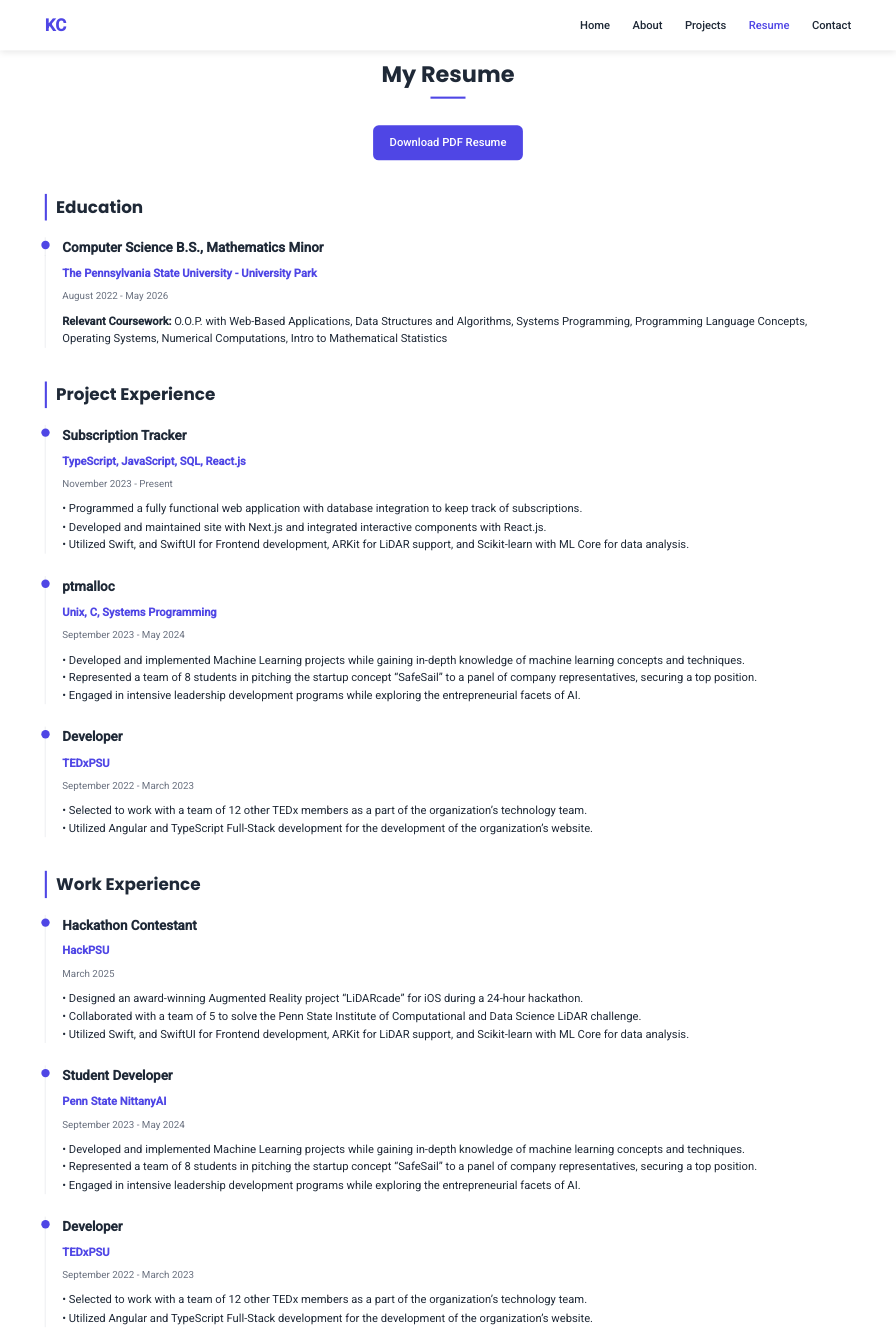
Repository: itskevbo/E-Portfolio
Page: pages/resume.html
The author's editor kept a copy of each file at every save. The page is drawn from the files as they stood at one save, then again after the next save.
The browser window is 1280 px wide. The pictures show the part of the page from y = 0 to 1920 px (the page is 3057 px tall), at 70% of full size.

Above is the page before, as saved 2025-04-28 17:04:32.
Console error: ReferenceError: ScrollReveal is not defined

After the next save:
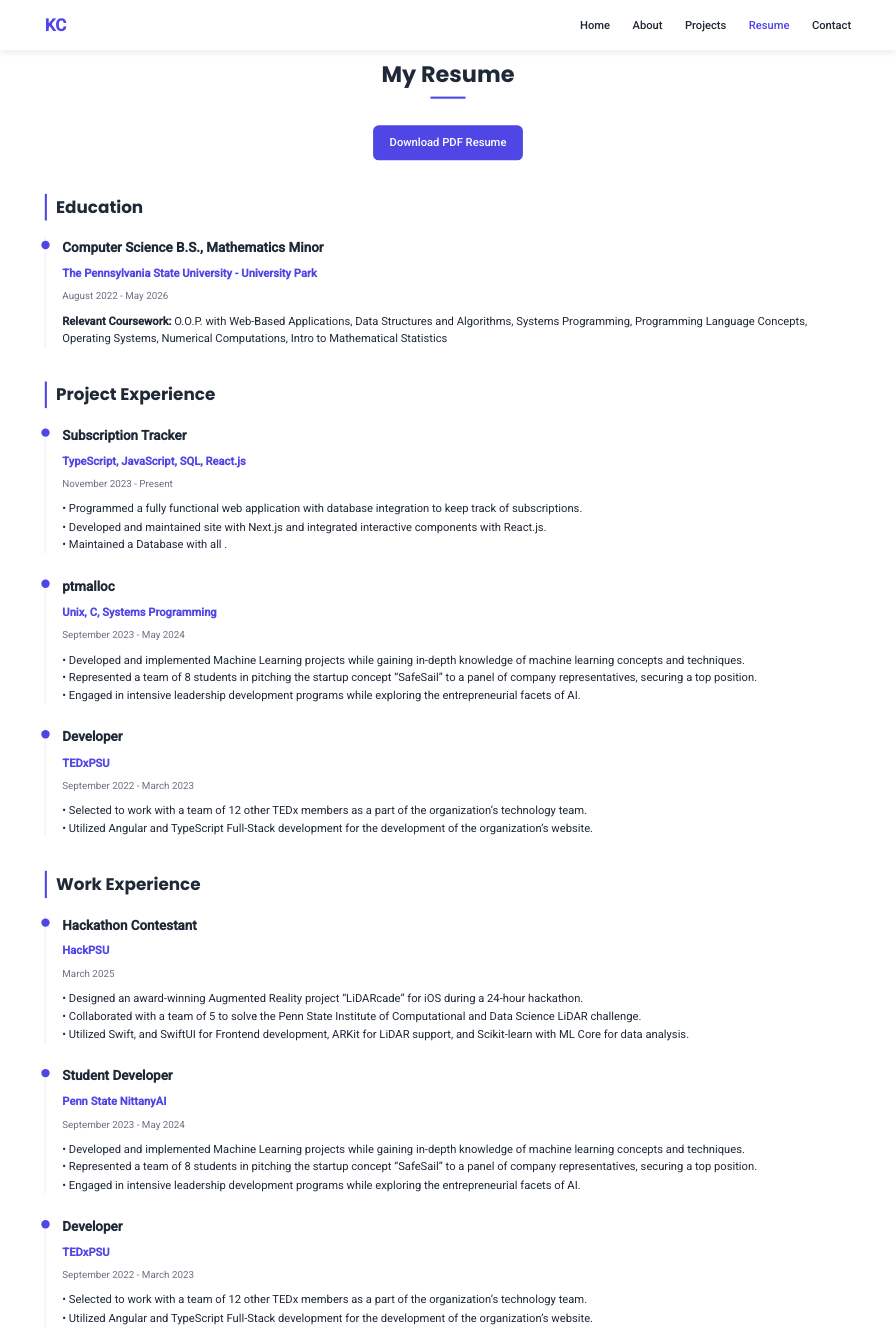
Saved 36 s later.
--- a/pages/resume.html
+++ b/pages/resume.html
@@ -146,7 +146,7 @@
                         <p class="resume-item__description">
                             • Programmed a fully functional web application with database integration to keep track of subscriptions.<br>
                             • Developed and maintained site with Next.js and integrated interactive components with React.js.<br>
-                            • Utilized Swift, and SwiftUI for Frontend development, ARKit for LiDAR support, and Scikit-learn with ML Core for data analysis.
+                            • Maintained a Database with all .
                         </p>
                     </div>
 
